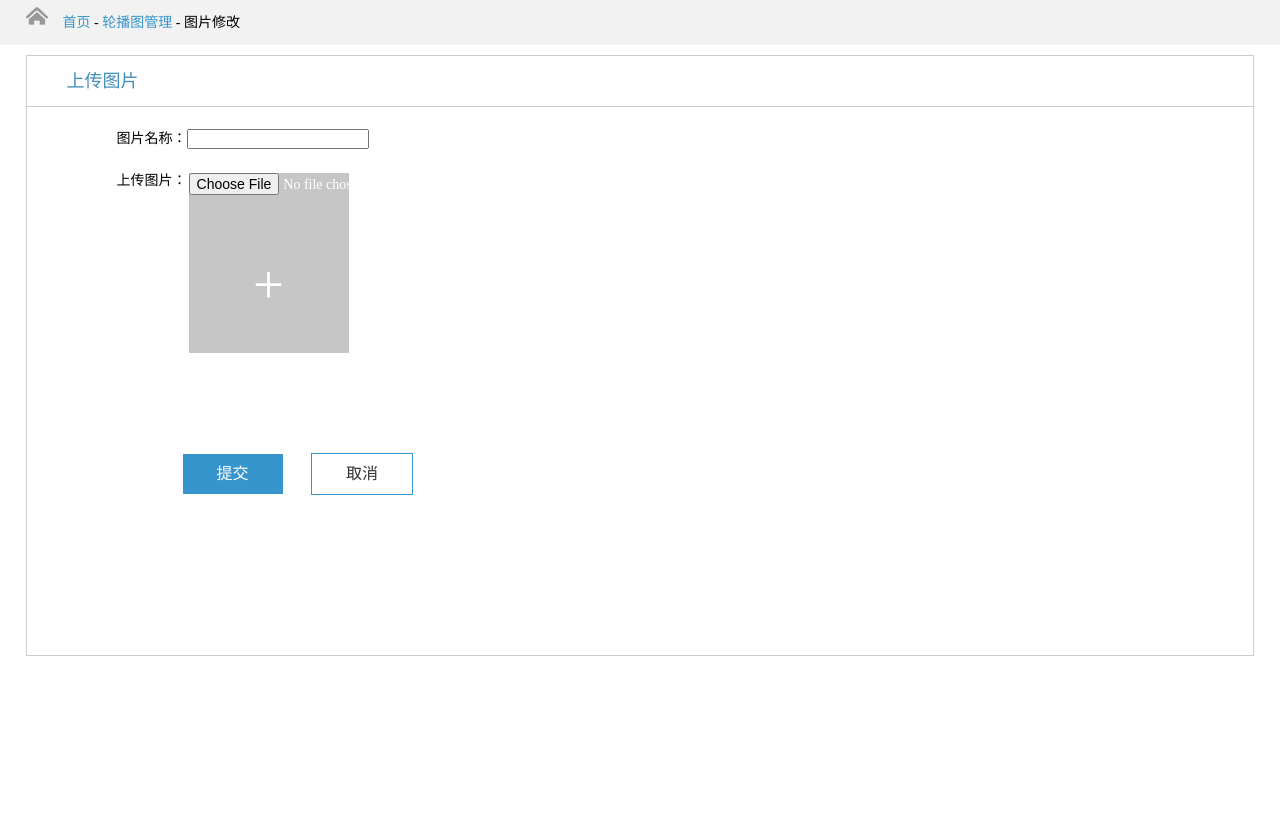
Repository: liaojingrui01/CarRepair
Page: http://localhost/CarWebPro/backstage/banneradd.jsp
The author's editor kept a copy of each file at every save. The page is drawn from the files as they stood at one save, then again after the next save.
The browser window is 1280 px wide. The pictures show the whole page.
The page is served by Tomcat 9. Other server files are loaded and not shown.

Above is the page before, as saved 2019-07-01 03:15:35.

### CarWebPro/WebContent/backstage/banneradd.jsp
<%@ page language="java" contentType="text/html; charset=utf-8"
    pageEncoding="utf-8"%>
<!DOCTYPE html PUBLIC "-//W3C//DTD XHTML 1.0 Transitional//EN" "http://www.w3.org/TR/xhtml1/DTD/xhtml1-transitional.dtd">
<html xmlns="http://www.w3.org/1999/xhtml">
<head>
<meta http-equiv="Content-Type" content="text/html; charset=utf-8" />
<title>轮播图</title>
<link rel="stylesheet" type="text/css" href="./css/css.css" />
<script type="text/javascript" src="./js/jquery.min.js"></script>
</head>
<body>
	<div id="pageAll">
		<div class="pageTop">
			<div class="page">
				<img src="./img/coin02.png" /><span><a href="./#">首页</a>&nbsp;-&nbsp;<a
					href="./#">轮播图管理</a>&nbsp;-</span>&nbsp;图片修改
			</div>
		</div>
		<div class="page " >
			<!-- 上传广告页面样式 -->
			<div class="banneradd bor">
				<div class="baTop">
					<span>上传图片</span>
				</div>
				<form method="post" action="UpFileServlet?op=saveImg" enctype="multipart/form-data">
				<div class="baBody" >
					<div class="bbD">
						图片名称：<input type="text" name="bannerName">
					</div>
					<div class="bbD">
						上传图片：
						<div class="bbDd">
							<div class="bbDImg"><input type="file" name="bannerImg">+</div>
						</div>
					</div>
					<div class="bbD">
						<p class="bbDP">
							<button type="submit" class="btn_ok btn_yes" href="./#">提交</button>
							<a class="btn_ok btn_no" href="./#">取消</a>
						</p>
					</div>
				</div>
				</form>
			</div>

			<!-- 上传广告页面样式end -->
		</div>
	</div>
</body>
</html>

### CarWebPro/WebContent/backstage/css/css.css
@charset "utf-8";

* {
	padding: 0;
	margin: 0;
	font-family: "Microsoft YaHei";
	font-size: 14px;
}
#hides{display: none;}
a {
	text-decoration: none;
}

li {
	list-style-type: none;
}

/*全局定义css*/
#pageAll {
	width: 100%;
	overflow: hidden;
}

#pageAll .page {
	width: 96%;
	margin: 0px auto;
}

.pageTop {
	width: 100%;
	height: 45px;
	line-height: 45px;
	background-color: #f2f2f2;
}

.pageTop span {
	margin-left: 15px;
}

.pageTop a {
	color: #3695cc;
}

/*表格和 分页公共CSS*/
table {
	border-collapse: collapse;
}

tr {

}

td {
	text-align: center;
	border: 1px solid #dcdbdb;
}

.tdColor {
	height: 40px;
	background-color: #f2f2f2;
	color: #438eb9;
}

.tdC {
	color: #333;
}

.paging {
	width: 100%;
	margin-top: 50px;
	margin-bottom: 90px;
	text-align: right;
}
/*表格和 分页公共CSS end*/

/*广告页面CSS*/
.banner {

}

.banner .add {
	width: 100%;
	height: 120px;
}

.addA {
	display: inline-block;
	width: 160px;
	height: 35px;
	background-color: #47a4e1;
	line-height: 35px;
	text-align: center;
	color: #fff;
	margin-top: 40px;
	margin-left: 40px;
	font-size: 16px;
}
.hbHides1{display: none;}
.banner .banShow {

}

.banner .banShow .bsImg {
	margin-top: 15px;
	margin-bottom: 15px;
	width: 185px;
	height: 90px;
	overflow: hidden;
	margin-left: 66px;
}

.banner .banShow .bsImg img {
	max-width: 100%;
	max-height: 100%;
}

.banner .banShow .bsA {
	color: #333;
}

.operation {
	margin-left: 5px;
	margin-right: 5px;
	cursor: pointer;
}

.banDel {
	width: 100%;
	height: 100%;
	background-color: rgba(0, 0, 0, 0.29);
	position: fixed;
	top: 0px;
	display: none;
}

.cutMoney {
	width: 100%;
	height: 100%;
	background-color: rgba(0, 0, 0, 0.29);
	position: fixed;
	top: 0px;
	display: none;
}

.delete {
	width: 460px;
	margin: auto;
	background-color: #fff;
	text-align: center;
	position: relative;
	top: 20%;
}

.delete .close {
	height: 30px;
	text-align: right;
}

.delete .close img {
	margin-right: 5px;
	margin-top: 5px;
	cursor: pointer;
}

.banDel .delete .delP1 {
	margin-top: 40px;
	font-size: 20px;
}

.banDel .delete .delP2 {

}

.banDel .delete .delP2 .ok {
	display: inline-block;
	width: 100px;
	height: 40px;
	line-height: 40px;
	background-color: #3695cc;
	color: #fff;
	margin-top: 65px;
	margin-left: 25px;
	margin-right: 25px;
	font-size: 16px;
	cursor: pointer;
	margin-bottom: 65px;
}

.banDel .delete .delP2 .yes {
	color: #333;
	background-color: #fff;
	border: 1px solid #3695cc;
}

.banDel .delete .delP2 .no {

}
/*广告页面CSS end*/

/*广告上传编辑页面CSS*/
.bor {
	border: 1px solid #ccc;
}

.banneradd {
	margin-bottom: 160px;
	margin-top: 10px;
}

.baTopNo {
	width: 100%;
	border: none;
}

.baTopNo span {
	height: 50px;
	line-height: 50px;
	margin-left: 40px;
	font-size: 18px;
	color: #438eb9;
}

.baTop {
	width: 100%;
	border-bottom: 1px solid #ccc;
}

.baTop span {
	height: 50px;
	line-height: 50px;
	margin-left: 40px;
	font-size: 18px;
	color: #438eb9;
}

.baBody {
	margin-top: 20px;
	margin-left: 90px;
}

.bbD {
	margin-top: 20px;
}

.bbD .bbDP {

}

.bbD .bbDP .btn_ok {
	display: inline-block;
	width: 100px;
	height: 40px;
	line-height: 40px;
	background-color: #3695cc;
	color: #fff;
	margin-top: 50px;
	margin-right: 25px;
	font-size: 16px;
	cursor: pointer;
	text-align: center;
	margin-bottom: 160px;
	border: none;
}

.bbD .bbDP .btn_no {
	color: #333;
	background-color: #fff;
	border: 1px solid #3695cc;
}

.bbD .bbDP .btn_yes {
	margin-left: 66px;
}

.bbD .bbDd {
	width: 280px;
	height: 210px;
}
.bbD .selCss{
	width: 300px;
    height: 40px;
    border: 1px solid #ccc;
    text-indent: 15px;
}

.bbD .input1 {
	width: 300px;
	height: 40px;
	border: 1px solid #ccc;
	text-indent: 15px;
}

.bbD .input2 {
	width: 100px;
	height: 40px;
	border: 1px solid #ccc;
}

.bbD .input3 {
	width: 240px;
	height: 40px;
	border: 1px solid #ccc;
	text-indent: 15px;
	margin-left: 10px;
}
.bbD .UPimgD{width: 155px;height: 175px;position: relative;left: 83px;top: -20px;}
.bbD .UPimgD img.img{width: 100%;}
.bbD .UPimgD .FileD{width: 155px;height: 175px;overflow: hidden;position: absolute;top: 0px;}
.bbD .UPimgD .FileD .addFile{width: 100%;height: 100%;opacity: 0;filter: Alpha(Opacity=0);}
.bbD .bbDImg {
	width: 160px;
	height: 180px;
	background-color: #c6c6c6;
	text-align: center;
	line-height: 180px;
	font-size: 55px;
	color: #fff;
	margin-left: 72px;
	margin-top: -16px;
}

.bbD .bbDImg .Img1 {
	width: 160px;
	height: 180px;
	margin-top: -180px;
}

.bbD .file {
	width: 160px;
	height: 180px;
	position: relative;
	top: -180px;
	left: 45px;
	opacity: 0;
	filter: alpha(opacity = 0);
}

.bbD .bbDDel {
	float: right;
	margin-top: -20px;
	color: #ff0000;
}

.bbD label {
	margin-left: 15px;
	margin-right: 15px;
}

/*广告上传编辑页面CSS*/

/*意见管理页面CSS*/
.opinion {

}

.opinion .opShow {
	margin-top: 40px;
	margin-bottom: 95px;
}
/*意见管理页面CSS end*/

/*行家管理页面CSS*/
.connoisseur {

}

.conShow {
	margin-top: 30px;
}

.onsImg {
	width: 75px;
	height: 75px;
	margin-top: 25px;
	margin-left: 46px;
	overflow: hidden;
	margin-bottom: 25px;
}

.onsImg img {
	max-width: 100%;
	max-height: 100%;
}

.cfD {
	margin-top: 15px;
}

.cfD select {
	width: 200px;
	height: 30px;
	border: 1px solid #ccc;
	margin-left: 15px;
	margin-right: 45px;
	color: #999;
	text-indent: 15px;
}

.cfD .bselect {
	width: 140px;
}

.cfD label {
	margin-left: 20px;
}

.cfD .lar {
	margin-right: 45px;
}

.cfD .addUser {
	width: 220px;
	height: 30px;
	border: 1px solid #ccc;
	text-indent: 15px;
}

.cfD .button {
	margin-left: 10px;
	width: 135px;
	height: 30px;
	border: none;
	font-size: 16px;
	color: #fff;
	background-color: #47a4e1;
}

.cfD .addA1 {
	margin-top: 10px;
	margin-left: 120px;
}
/*行家管理页面CSS end*/

/*会员管理页面CSS*/
.vip {

}

.cfD .vpr {
	margin-right: 45px;
}

.cfD .vinput {
	width: 150px;
	height: 30px;
	border: 1px solid #ccc;
	text-indent: 15px;
}

.cfD .addA2 {
	margin-left: 30px;
}

.onsImgv {
	margin-left: 90px;
	margin-top: 25px;
}

.vip .vipinput {
	width: 55px;
	height: 25px;
	border: 1px solid #ccc;
	margin: 0px 10px;
}

.vip .vsAdd {
	display: inline-block;
	width: 50px;
	height: 25px;
	background-color: #2a9cdd;
	line-height: 25px;
	color: #fff;
	cursor: pointer;
	text-align: center;
}

.vip .vsAdd2 {
	background-color: white;
	color: #2a9cdd;
	border: 1px solid #2a9cdd;
	height: 23px;
	line-height: 23px;
	margin-left: 10px;
}

.bbD .vipHead {
	width: 75px;
	height: 75px;
	overflow: hidden;
	margin-top: -15px;
	margin-left: 82px;
}

.bbD .vipHead img {
	max-width: 100%;
	max-height: 100%;
}

.bbD .vipHead .vipP {
	position: relative;
	top: -17px;
	width: 100%;
	height: 15px;
	background-color: rgba(0, 0, 0, 0.25);
	color: #fff;
	text-align: center;
}

.bbD .vipHead .file1 {
	position: relative;
	top: -32px;
	width: 100%;
	height: 15px;
	background-color: rgba(0, 0, 0, 0.25);
	color: #fff;
	text-align: center;
	opacity: 0;
	filter: alpha(opacity = 0);
}

.bbD .vipHead1 {
	width: 75px;
	height: 75px;
	overflow: hidden;
	margin-top: -15px;
	margin-left: 105px;
}
.bbD .ptH{height: 40px;}

.bbD .btext2 {
	margin-top: -15px;
	margin-left: 105px;
}

.bbD .text2 {
	max-width: 670px;
	min-width: 670px;
	max-height: 120px;
	min-height: 120px;
	color: #333;
	text-indent: 15px;
}

.bbD .btext {
	margin-top: -15px;
	margin-left: 82px;
}
.bbD .text5{width: 540px;height: 110px;}

.bbD .bsp2{
    position: relative;
    top: -90px;
}
.bbD .bewm{
	width: 240px;
    height: 240px;
    border: 3px solid #807e7e;
    position: relative;
    top: -10px;
    left: 85px;
}

.bbD .bewm img{
	max-width: 100%;
}

.bbD .btext .text1 {
	max-width: 670px;
	min-width: 670px;
	max-height: 240px;
	min-height: 240px;
	color: #333;
	text-indent: 15px;
}

/*会员管理页面CSS end*/
.cfD .timeInput {
	width: 170px;
	height: 30px;
	border: 1px solid #ccc;
	text-indent: 15px;
}

/*话题管理页面CSS*/
.topic {

}

.topicP {
	margin-top: -5px;
	margin-bottom: 15px;
}

.topic .topicP .topicImg {
	margin-left: 10px;
}
/*话题管理页面CSS end*/

/*心愿管理页面 、约见管理页面CSS*/
.wishShow {
	margin-top: 30px;
}

.wishShow .wishImgv {
	margin-left: 60px;
}

.onsInmA {
	margin-left: 100px;
}

.tpapA {
	color: #333;
}

#inputSTWish {
	width: 100px;
}
/*心愿管理页面CSS、、约见管理页面CSS end*/
.cfD .userinput {
	width: 220px;
	height: 40px;
	border: 1px solid #ccc;
	text-indent: 15px;
	color: #999;
}

.cfD .userbtn {
	margin-left: 60px;
	width: 135px;
	height: 40px;
	border: none;
	font-size: 16px;
	color: #fff;
	background-color: #47a4e1;
}

/*修改密码*/
.bacen {
	margin: auto;
	width: 400px;
	margin-top: 60px;
}

.imga {
	display: none;
}

.imgb {
	display: none;
}

/*新增加弹出框样式    增加金额和减少金额   hy*/
/*.addMoney{}
.addMoney .addDivs{}
.addMoney .addDivs .addDimg{}
.addMoney .addDivs .addDimg{}*/
.addDivs .addDimg img.user {
	width: 100px;
	margin-top: 50px;
}

.addDivs .addDName {
	font-size: 16px;
	margin-top: 15px;
	color: #333;
}

.addDivs .addDps {
	margin-top: 20px;
	color: #666;
}

.addDivs .addDps input {
	height: 30px;
	border: 1px solid #ccc;
	text-indent: 10px;
}

.addDivs .addDps .come1 {
	width: 155px;
	height: 30px;
	margin-left: -5px;
	border: 1px solid #ccc;
	text-indent: 10px;
	color: #666;
}

.addDivs .addDps .come2 {
	width: 155px;
	height: 30px;
	margin-left: -5px;
	border: 1px solid #ccc;
	text-indent: 10px;
	color: #666;
}

.addDivs .addDps .area {
	border: 1px solid #ccc;
	text-indent: 10px;
	margin-left: 4px;
	width: 155px;
	min-width: 155px;
	max-width: 155px;
	height: 60px;
	min-height: 60px;
	max-height: 60px;
}

.addDivs .addDps .spanVIPs {
	position: relative;
	top: -44px;
	left: 5px;
}

.banDel .delete .delP2 .moneyAdd1 {
	background-color: #3695cc;
	color: white;
}

.banDel .delete .delP2 .moneyAdd2 {
	background-color: white;
	color: #3695cc;
	border: 1px solid #3695cc;
	height: 38px;
	line-height: 40px;
}

/*新样式修复***添加话题*/
.addHTs {
	display: inline-block;
	width: 40px;
	height: 18px;
	line-height: 18px;
	background-color: #47a4e1;
	color: white;
	padding: 4px;
	position: relative;
	top: -5px;
}


/*11.25   新地址选择页面CSS   公共样式   hy*/
.ctAlert{display: none;width: 100%;height: 100%;position: fixed;top: 0px;background-color: rgba(0, 0, 0, 0.4);}
.citys{width: 90%;margin: 0px auto;background-color: white;  margin-top: 50px;padding-bottom: 20px;}
.citys .getCtys{min-height: 50px;padding-top: 50px;padding-left: 40px;float: left;font-size: 16px;  color: #666;  width: 80%;}
.citys .closeCys{min-height: 50px;float: right;width: 120px;height: 40px;background-color: #3695cc;line-height: 50px;text-align: center;position:relative;top: 50px;right: 100px;color: white;font-size: 16px;cursor: pointer;}
.citys .cityDiv{clear: both;width: 90%;margin: 0px auto;  margin-bottom: 30px;}
.citys .cityDiv .cts{display: inline-block;width: 20px;height: 20px;font-size: 18px;color: #3695cc;}
.citys .cityDiv .ctn{display: inline-block;font-size: 16px;padding-left: 5px;padding-right: 5px;padding-bottom: 3px;cursor: pointer;color: #666;}
.citys .cityDiv .ctn:hover{color: white;background-color:#3695cc;}
/*添加进来的DIV*/
.citys .getCtys .ctn{display: inline-block;padding-left: 5px;padding-right: 5px;color: #3695cc;font-size: 16px;cursor: pointer;}
/*11.25   新地址选择页面CSS   公共样式   hy    end  */

Loaded but not shown: CarWebPro/WebContent/backstage/js/jquery.min.js (library)

After the next save:
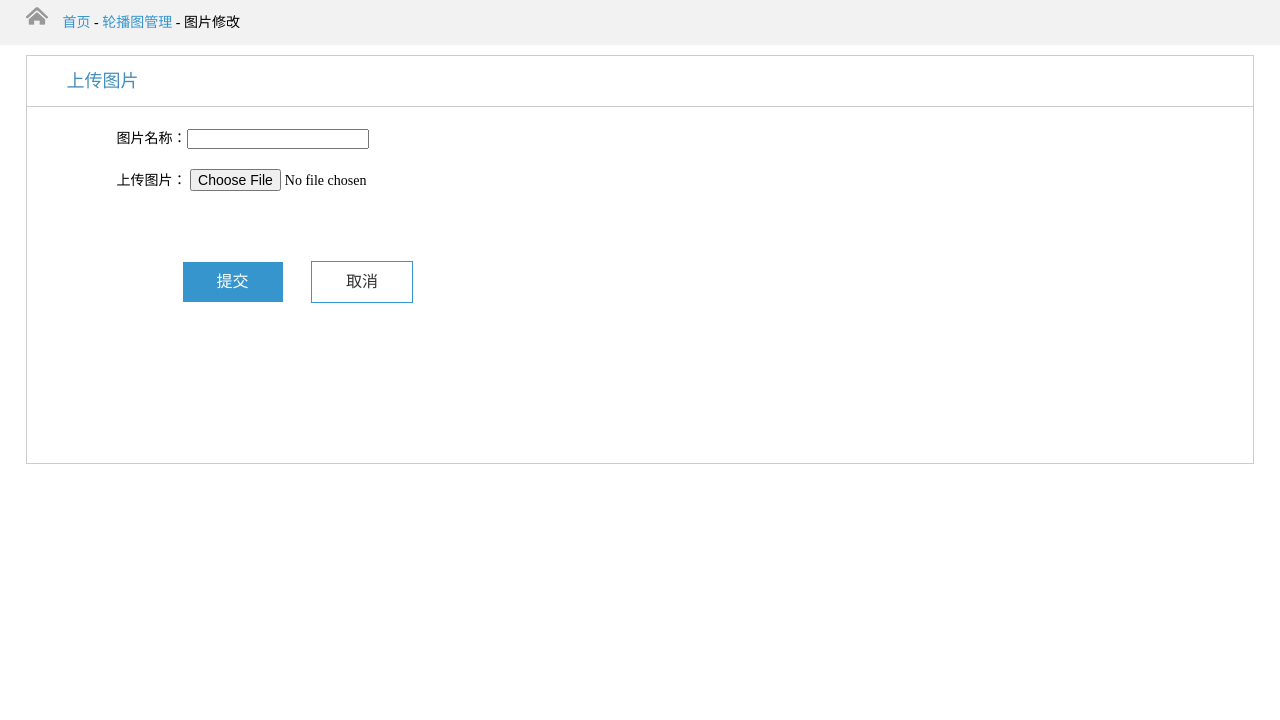
Saved 2 min 12 s later.
--- a/CarWebPro/WebContent/backstage/banneradd.jsp
+++ b/CarWebPro/WebContent/backstage/banneradd.jsp
@@ -29,9 +29,10 @@
 					</div>
 					<div class="bbD">
 						上传图片：
-						<div class="bbDd">
-							<div class="bbDImg"><input type="file" name="bannerImg">+</div>
-						</div>
+						<input type="file" name="bannerImg">
+						<!-- <div class="bbDd">
+							<div class="bbDImg">+</div>
+						</div> -->
 					</div>
 					<div class="bbD">
 						<p class="bbDP">
